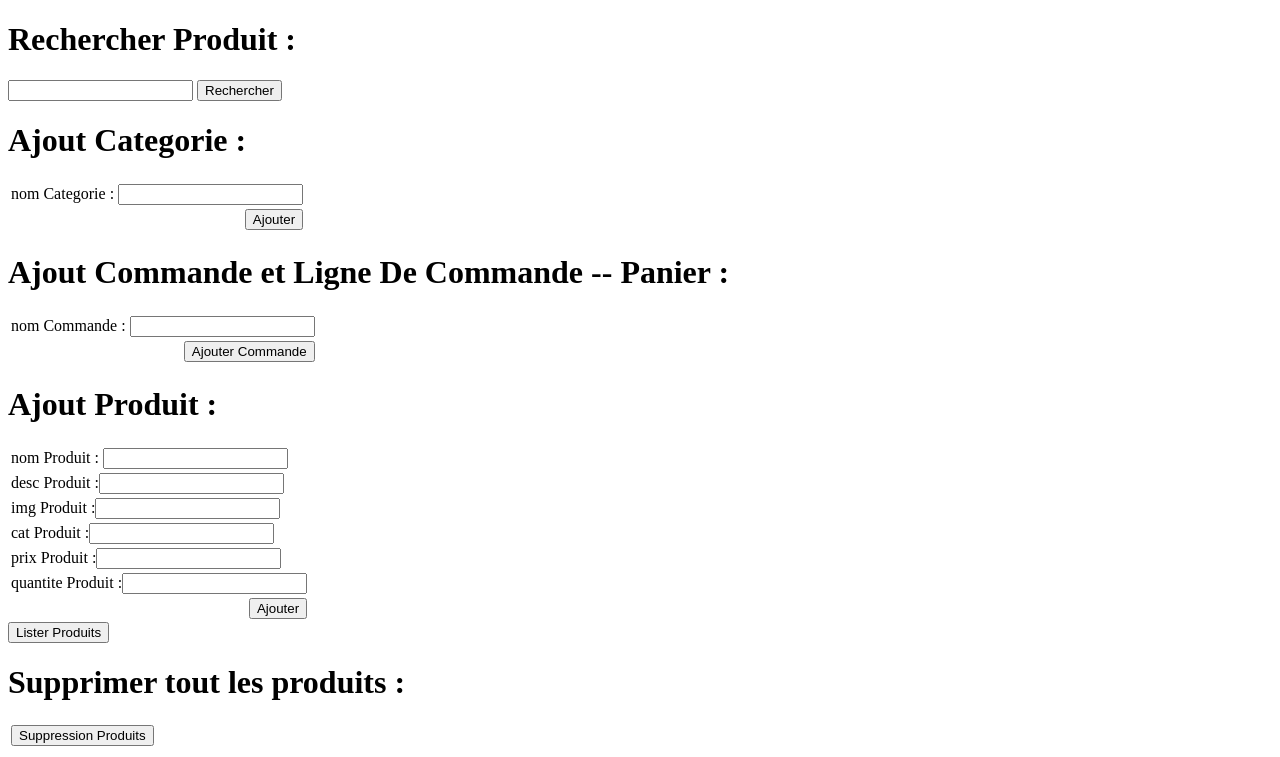
Repository: EBusinesss/Ebusiness
Page: http://localhost/EcomWEB/indexNeu.jsp
An editor plug-in stored every save of this project. The page is shown before and after the next save, followed by the edit.
The browser window is 1280 px wide. The pictures show the whole page.
The page is served by Tomcat 9. Nobody is signed in. The application's start-up code is not run. Other server files are loaded and not shown.

Above is the page before, as saved 2014-12-27 16:52:50.

### Workspace/EcomWEB/WebContent/indexNeu.jsp
<%@ page language="java" contentType="text/html; charset=ISO-8859-1"
    pageEncoding="ISO-8859-1"%>
<!DOCTYPE html PUBLIC "-//W3C//DTD HTML 4.01 Transitional//EN" "http://www.w3.org/TR/html4/loose.dtd">
<html>
<head>
<meta http-equiv="Content-Type" content="text/html; charset=ISO-8859-1">
<title>Insert title here</title>
</head>
<body>
		<h1>Rechercher Produit : </h1>
		<form action="RechercherProductServlet" method="post">

			<tr><td><input type="text" name="nomProduitRecherche" width="25"></td>
				<td align="right" colspan="3">
					<button name="submit" type="submit">Rechercher</button>
				</td>
			</tr>
		</form>

		<h1>Ajout Categorie :</h1>
		<form action="AddCategoryServlet" method="post">
		<table>
			<tr><td> nom Categorie 		: <input type="text" name="nomCategorie" width="25"></td></tr>
			<tr>
				<td align="right" colspan="3">
					<button name="submit" type="submit">Ajouter</button>
				</td>
			</tr>
		</table>
		</form>

				<h1>Ajout Commande et Ligne De Commande -- Panier :</h1>
		<form action="AddCommandeServlet" method="post">
		<table>
			<tr><td> nom Commande 		: <input type="text" name="nomCommande" width="25"></td></tr>
			<tr>
				<td align="right" colspan="3">
					<button name="submit" type="submit">Ajouter Commande</button>
				</td>
			</tr>
		</table>
		</form>

		<h1>Ajout Produit :</h1>
		<form action="AddProductServlet" method="post">
		<table>
			<tr><td> nom Produit 		: <input type="text" name="nomProduit" width="25"></td></tr>
			<tr><td> desc Produit 		:<input type="text" name="descProduit" width="25"></td></tr>
			<tr><td> img Produit		:<input type="text" name="imgProduit" width="25"></td></tr>
			<tr><td> cat Produit		:<input type="text" name="catProduit" width="25"></td></tr>
			<tr><td> prix Produit 		:<input type="text" name="prixProduit" width="25"></td></tr>
			<tr><td> quantite Produit	:<input type="text" name="quantiteProduit" width="25"></td></tr>
			<tr>
				<td align="right" colspan="3">
					<button name="submit" type="submit">Ajouter</button>
				</td>
			</tr>
		</table>
		</form>

		<form action="ListProductServlet" method="post">
		<button name="submit" type="submit">Lister Produits</button>
		</form>


		<h1>Supprimer tout les produits :</h1>
		<form action="RemoveProductsServlet" method="post">
		<table>
				<tr>
				<td align="right" colspan="3">
					<button name="submit" type="submit">Suppression Produits</button>
				</td>
				</tr>
		</table>
		</form>

</body>
</html>

After the next save:
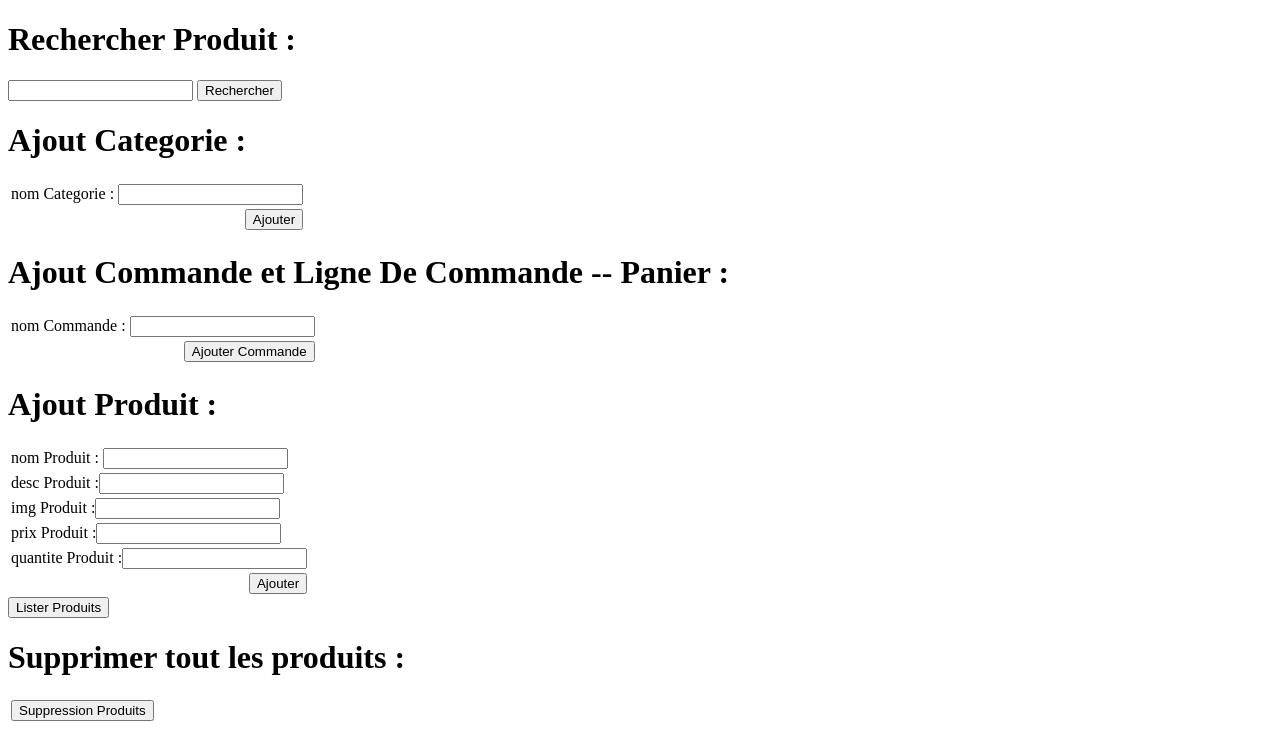
Saved 5 min 57 s later.
--- a/Workspace/EcomWEB/WebContent/indexNeu.jsp
+++ b/Workspace/EcomWEB/WebContent/indexNeu.jsp
@@ -47,7 +47,6 @@
 			<tr><td> nom Produit 		: <input type="text" name="nomProduit" width="25"></td></tr>
 			<tr><td> desc Produit 		:<input type="text" name="descProduit" width="25"></td></tr>
 			<tr><td> img Produit		:<input type="text" name="imgProduit" width="25"></td></tr>
-			<tr><td> cat Produit		:<input type="text" name="catProduit" width="25"></td></tr>
 			<tr><td> prix Produit 		:<input type="text" name="prixProduit" width="25"></td></tr>
 			<tr><td> quantite Produit	:<input type="text" name="quantiteProduit" width="25"></td></tr>
 			<tr>
